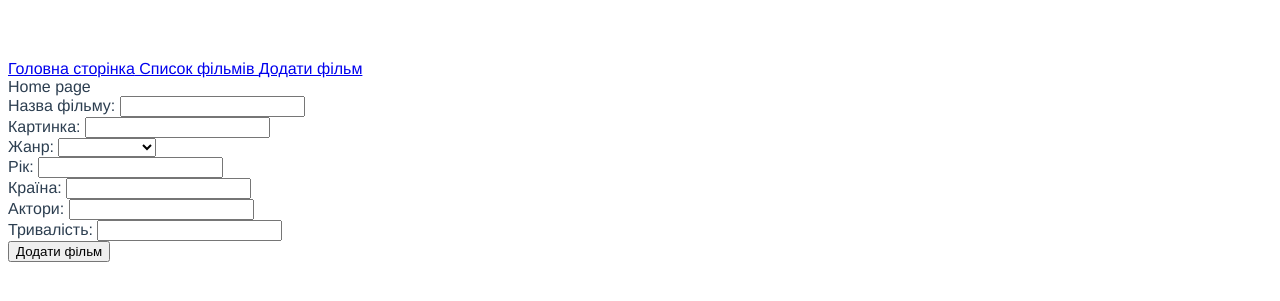
Repository: kristinap8/movies-gallery
Page: /
These files come from the project's save history. The page is drawn as it stood at one moment and after the next save; the edit follows.
The browser window is 1280 px wide. The pictures show the whole page.
The project was rebuilt for these pictures with package versions that can differ from the ones it lists, and the page was loaded fresh each time. Also part of the build but not shown: src/pages/Movie/index.vue, src/pages/AddMovie/index.vue, src/components/MovieInfo/index.vue, src/components/MoviesList/index.vue, src/pages/AllMovies/index.vue.

Above is the page before, as saved 2020-10-30 21:16:58.

After the next save:
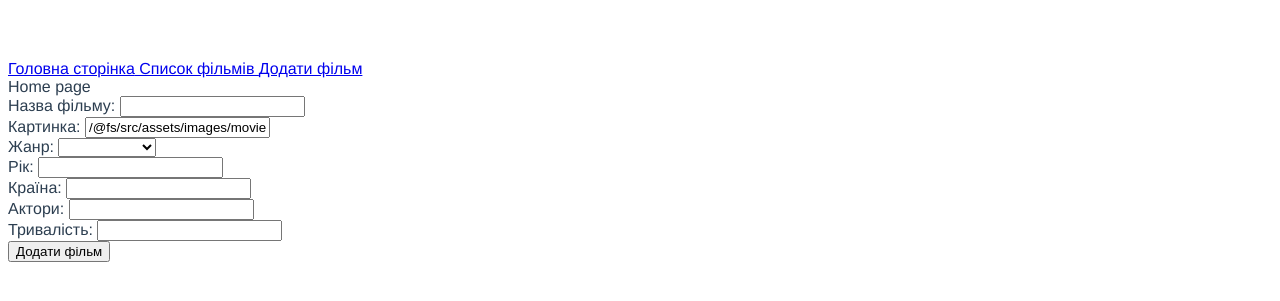
Saved 9 min 10 s later.
--- a/src/components/AddMovieForm/index.vue
+++ b/src/components/AddMovieForm/index.vue
@@ -65,7 +65,7 @@
         data() {
           return {
            name:null,
-           image:null,
+           image:require("@/assets/images/movie-logo.jpg"),
            genre:null,
            year:null,
            country:null,

After the save that followed:
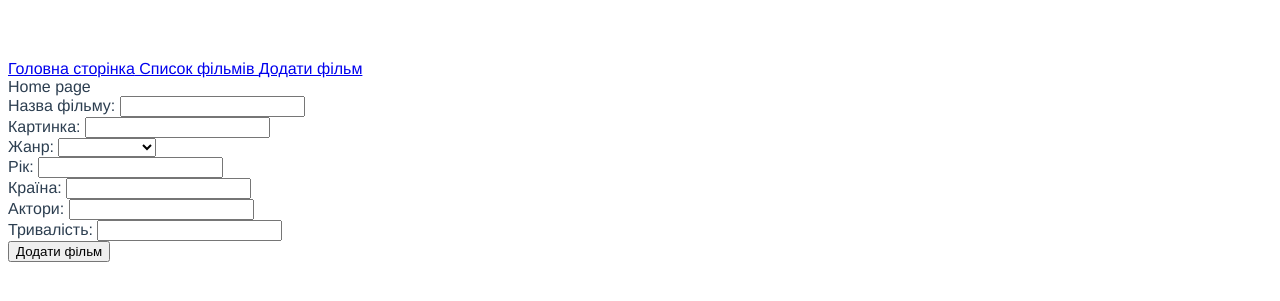
Saved 109 s later.
--- a/src/components/AddMovieForm/index.vue
+++ b/src/components/AddMovieForm/index.vue
@@ -65,7 +65,7 @@
         data() {
           return {
            name:null,
-           image:require("@/assets/images/movie-logo.jpg"),
+           image:null,
            genre:null,
            year:null,
            country:null,
